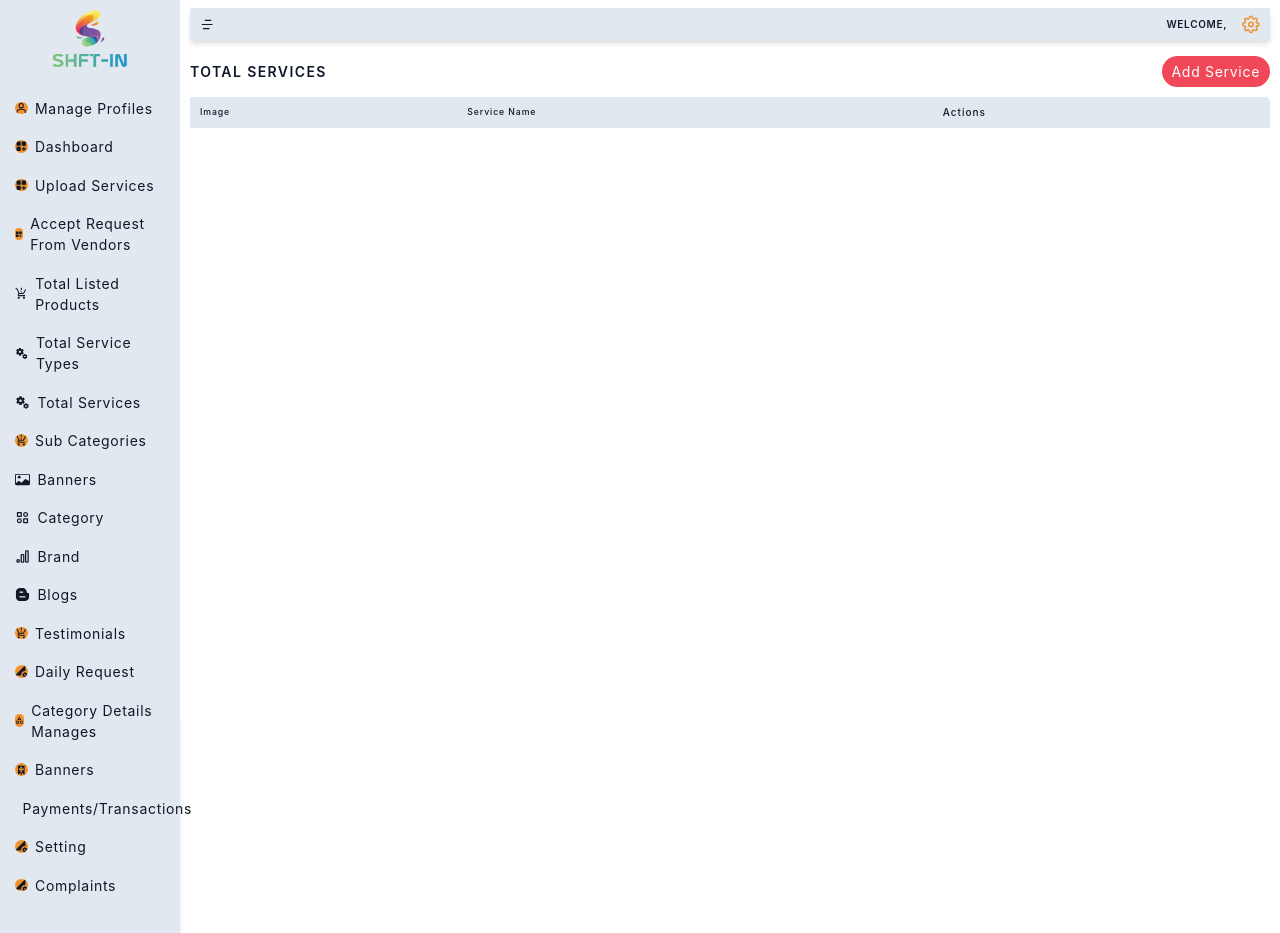
Repository: rohit0915/Mr-Arun-Chauhan-Admin-Panel
Page: /services
The author's editor kept a copy of each file at every save. The page is drawn from the files as they stood at one save, then again after the next save.
The browser window is 1280 px wide. The pictures show the whole page.
The page's requests for data from a server got no answer. The project was rebuilt for these pictures with package versions that can differ from the ones it lists, and the page was loaded fresh each time. No one was signed in, and anything a server would have sent is missing. Also part of the build but not shown: src/components/BaseUrl.jsx, src/components/forms/Login.jsx, src/components/pages/Dashboard.jsx, src/vendorPanel/components/Auth.jsx, src/components/pages/products/Products.jsx, src/components/pages/categories/Categories.jsx, src/components/pages/subcategories/SubCategories.jsx, src/components/pages/manageprofiles/ManageProfiles.jsx and 74 more.

Above is the page before, as saved 2022-11-16 12:59:03.

### public/index.html
<!DOCTYPE html>
<html lang="en">
  <head>
    <meta charset="utf-8" />
    <!-- <link rel="icon" href="%PUBLIC_URL%/favicon.png" /> -->
    <meta name="viewport" content="width=device-width, initial-scale=1" />
    <meta name="theme-color" content="#000000" />
    <meta
      name="description"
      content="Web site created using create-react-app"
    />
    <link rel="apple-touch-icon" href="%PUBLIC_URL%/favicon.ico?v=2" />

    <link rel="manifest" crossorigin="use-credentials" href="%PUBLIC_URL%/manifest.json" />

    <title>Direct Admin</title>
      <link rel="stylesheet" href="https://maxcdn.bootstrapcdn.com/bootstrap/3.4.1/css/bootstrap.min.css">
      <script src="https://ajax.googleapis.com/ajax/libs/jquery/3.6.0/jquery.min.js"></script>
      <script src="https://maxcdn.bootstrapcdn.com/bootstrap/3.4.1/js/bootstrap.min.js"></script>
  </head>
  <body>
    <noscript>You need to enable JavaScript to run this app.</noscript>
    <div id="root"></div>
    <script src="https://code.jquery.com/jquery-3.6.0.min.js"></script>
  </body>
</html>

### src/index.js
import React from "react";
import ReactDOM from "react-dom/client";
import "./index.css";
import App from "./App";
import { BrowserRouter } from "react-router-dom";
import "react-responsive-carousel/lib/styles/carousel.min.css";

const root = ReactDOM.createRoot(document.getElementById("root"));
root.render(
  <React.StrictMode>
    <BrowserRouter>
      <App />
    </BrowserRouter>
  </React.StrictMode>
);

### src/index.css
@tailwind base;
@tailwind components;
@tailwind utilities;

body {
  margin: 0;
  font-family: -apple-system, BlinkMacSystemFont, "Segoe UI", "Roboto", "Oxygen",
    "Ubuntu", "Cantarell", "Fira Sans", "Droid Sans", "Helvetica Neue",
    sans-serif;
  -webkit-font-smoothing: antialiased;
  -moz-osx-font-smoothing: grayscale;
}

code {
  font-family: source-code-pro, Menlo, Monaco, Consolas, "Courier New",
    monospace;
}

/* Wcomponents */
.wcomp::-webkit-scrollbar {
  width: 0px;
}
::-webkit-scrollbar {
  width: 0px;
}


.main-card--container{
  display : grid ;
  grid-template-columns: repeat(3 , minmax(300px , 500px));
  grid-gap: 50px;
  justify-content: space-around;
}
.main-card--container2{
  display : grid ;
  grid-template-columns: repeat(2 , minmax(600px , 800px));
  grid-gap: 50px;
  justify-content: space-around;
}
.card-container{
  margin : 25px 0 auto ;
  position  : relative ;
  display: grid;
  grid-template-columns: 1fr;
  justify-content: space-around;
  align-items:flex-start;
  border: 1px solid black;
  padding: 10px;
  box-shadow: 0 4px 8px 0 rgba(0, 0, 0, 0.2), 0 6px 20px 0 rgba(0, 0, 0, 0.19);
  /* height: 400px; */


}

.BannerImg{
 width: 100%;
 height: 300px;

}

.brandLeft {
  width:  60%;
  /* border-right: 1px solid black; */
}

### src/components/layout/HOC.jsx
/** @format */

import React, { useState } from "react";
import Navbar from "./Navbar";
import Sidebar from "./Sidebar";

const HOC = (Wcomponenet) => {
  return function Component() {
    const [hamb, setHamb] = useState(false);
    return (
      <>
        <section className="flex overflow-x-hidden">
          {/* Sidebar */}
          <div
            className={
              hamb
                ? " absolute top-0 z-30 md:w-auto shadow-md bg-slate-200  w-60 transition-all md:-left-full left duration-150  h-auto  left-0 "
                : " md:w-72 z-30 bg-slate-200  shadow-md  md:static absolute top-0 -left-full  h-auto transition-all duration-150 "
            }
          >
            <Sidebar hamb={hamb} setHamb={setHamb} />
          </div>
          {/* Components & Navbar */}
          <div
            className={
              hamb
                ? " transition-all px-4 py-2  bg-white duration-150 w-full h-screen"
                : " w-full h-screen  px-4 py-2  bg-white z-50 transition-all duration-150 "
            }
          >
            <Navbar hamb={hamb} setHamb={setHamb} />
            <div className="my-6 text-white h-[87%] wcomp overflow-y-auto">
              <Wcomponenet />
            </div>
          </div>
        </section>
      </>
    );
  };
};

export default HOC;

### src/components/layout/Navbar.jsx
import { RiMenu4Line } from "react-icons/ri";
import { BiLogOutCircle } from "react-icons/bi";
import { useNavigate } from "react-router-dom";
import { toast } from "react-toastify";
import { Fragment } from "react";
import { Menu, Transition } from "@headlessui/react";
import { FiSettings } from "react-icons/fi";
import { IoMdClose } from "react-icons/io";
import { useState } from "react";

const Navbar = ({ hamb, setHamb }) => {
  const navigate = useNavigate();
  const [popup, setPopup] = useState(false);

  const func = () => {
    localStorage.removeItem("Shaft");
    navigate("/");
    toast.success("Log-Out ");
  };

  function classNames(...classes) {
    return classes.filter(Boolean).join(" ");
  }

  const adminName = localStorage.getItem("adminName");
  return (
    <>
      <section
        className={
          popup
            ? "fixed top-0 left-0 wcomp bg-[rgb(0,0,0,0.5)] transition-all duration-150 w-full flex justify-center items-center overflow-y-auto  h-screen "
            : "hidden"
        }
      >
        <div className="bg-slate-100 sm:h-[40vh] h-[10vh] overflow-y-auto  lg:w-3/6  md:w-4/6 w-5/6 mx-auto  rounded-lg">
          <div className="flex sticky top-0 py-3 px-5 bg-slate-100 justify-between">
            <span className=" font-semibold text-[rgb(241,146,46)] relative">
              Settings
            </span>
            <div className="text-[rgb(241,146,46)] py-0.5 text-2xl cursor-pointer font-medium tracking-wider">
              <IoMdClose
                onClick={() => {
                  setPopup(false);
                }}
              />{" "}
            </div>
          </div>

          <form
            className="grid  grid-cols-1 gap-x-7 gap-y-4 p-4"
            // onSubmit={addBanner}
          >
            <div className="inline-flex  w-full flex-col">
              <label
                htmlFor="name"
                className="text-gray-800 mb-1.5 tracking-wider font-semibold text-sm"
              >
                Name
              </label>
              <input
                id="name"
                required
                type="text"
                name="name"
                // value={name}
                // onChange={(e) => setName(e.target.value)}
                placeholder=""
                className=" text-gray-800 tracking-wider text-sm rounded-full py-1 px-2 outline-[rgb(241,146,46)]"
              />
            </div>
            <div className="inline-flex  w-full flex-col">
              <label
                htmlFor="name"
                className="text-gray-800 mb-1.5 tracking-wider font-semibold text-sm"
              >
                Password
              </label>
               <input
                id="name"
                required
                type="password"
                name="name"
                placeholder=""
                // onChange={(e) => setImage(e.target.files[0])}
                // onChange={() => {}}
                className=" text-gray-800 tracking-wider text-sm rounded-full py-1 px-2 outline-[rgb(241,146,46)]"
              />
            </div>

            <button
              type="submit"
              value="Add"
              className="bg-[rgb(241,146,46)] cursor-pointer w-40 hover:bg-[rgb(241,146,46)] py-1 rounded-full"
            >
              Add{" "}
            </button>
          </form>
        </div>
      </section>
      <div
        className={
          hamb
            ? "flex  w-full justify-between  my-1 rounded-sm  p-4 py-3 shadow-md items-center  bg-slate-200 space-x-4"
            : "flex  w-full justify-between my-1 rounded-sm  p-4 py-3 shadow-md items-center  bg-slate-200 space-x-4"
        }
      >
        <RiMenu4Line
          onClick={() => setHamb(!hamb)}
          className="text-2xl font-bold text-gray-900 hover:scale-90 cursor-pointer"
        />

        {/* Profile */}
        <section className="flex sm:ml-auto justify-end sm:w-full items-center space-x-2  pr-2">
          <figcaption className="tracking-wider pl-1 font-semibold">
            <div className="lg:text-base text-sm text-gray-900  uppercase">
              Welcome,<strong>{adminName}</strong>
            </div>
          </figcaption>
        </section>

        {/* Logout Btn */}
        <FiSettings
          onClick={() => setPopup(!popup)}
          className="text-2xl sm:text-3xl font-bold text-[rgb(241,146,46)] cursor-pointer"
        />
      </div>
    </>
  );
};

export default Navbar;

### src/components/layout/Sidebar.jsx
import React from "react";
import { RiCloseLine } from "react-icons/ri";
import { MdPermDataSetting } from "react-icons/md";
import { Link } from "react-router-dom";
import { BsCardImage  } from "react-icons/bs";
import { CgTerminal } from "react-icons/cg";
import { MdPrivacyTip, MdOutlineInfo } from "react-icons/md";
import { BiSupport, BiUser, BiRestaurant, BiCategoryAlt } from "react-icons/bi";
import { TbJewishStar } from "react-icons/tb";
import { GiKnightBanner } from "react-icons/gi";
import image from "../../../src/components/Assets/Logo.png";
import { BiLogOutCircle, BiPaperclip, BiMoney } from "react-icons/bi";
import { AiFillProfile } from "react-icons/ai";
import {TbBrandGoogleAnalytics} from 'react-icons/tb'
import {FaBloggerB} from 'react-icons/fa'

import {
  MdDashboardCustomize,
  MdOutlineProductionQuantityLimits,
  MdOutlineCategory,
  MdMiscellaneousServices,
  MdHistory,
} from "react-icons/md";

const Sidebar = ({ hamb, setHamb }) => {
  const nav = [

    {
      icon: (
        <BiUser className="text-xl mr-3 rounded-full bg-[rgb(241,146,46)]" />
      ),
      link: "/manage-profiles ",
      name: "Manage Profiles",
    },
    {
      icon: (
        <MdDashboardCustomize className="text-xl mr-3 rounded-full bg-[rgb(241,146,46)]" />
      ),
      link: "/dashboard",
      name: "Dashboard",
    },
    {
      icon: (
        <MdDashboardCustomize className="text-xl mr-3 rounded-full bg-[rgb(241,146,46)]" />
      ),
      link: "/upload",
      name: "Upload Services",
    },
    {
      icon: (
        <MdDashboardCustomize className="text-xl mr-3 rounded-full bg-[rgb(241,146,46)]" />
      ),
      link: "/accept-request-from-vendors",
      name: "Accept Request From Vendors",
    },

    {
      icon: (
        <MdOutlineProductionQuantityLimits className="text-2xl mr-3 " />
      ),
      link: "/products",
      name: " Total Listed Products",
    },
    {
      icon: (
        <MdMiscellaneousServices  className="text-2xl mr-3 " />
      ),
      link: "/total-services",
      name: " Total Service Types",
    },
    {
      icon: (
        <MdMiscellaneousServices  className="text-2xl mr-3 " />
      ),
      link: "/services",
      name: " Total Services",
    },
    {
      icon: (
        <MdOutlineProductionQuantityLimits className="text-xl mr-3 rounded-full bg-[rgb(241,146,46)]" />
      ),
      link: "/sub-categories",
      name: " Sub Categories",
    },
    {
      icon: (
        <BsCardImage className="text-2xl mr-3  " />
      ),
      link: "/gallary",
      name: "Banners",
    },
    {
      icon: (
        <BiCategoryAlt className="text-2xl mr-3  " />
      ),
      link: "/cat",
      name: "Category",
    },
    {
      icon: (
        <TbBrandGoogleAnalytics className="text-2xl mr-3  " />
      ),
      link: "/brand",
      name: "Brand",
    },
    {
      icon: (
        <FaBloggerB className="text-2xl mr-3  " />
      ),
      link: "/blog",
      name: "Blogs",
    },
    {
      icon: (
        <MdOutlineProductionQuantityLimits className="text-xl mr-3 rounded-full bg-[rgb(241,146,46)]" />
      ),
      link: "/testimonials",
      name: "Testimonials",
    },
    {
      icon: (
        <MdPermDataSetting className="text-xl mr-3 rounded-full bg-[rgb(241,146,46)]" />
      ),
      link: "/daily-request",
      name: "Daily Request",
    },
    {
      icon: (
        <MdOutlineCategory className="text-xl mr-3 rounded-full bg-[rgb(241,146,46)]" />
      ),
      link: "/categories",
      name: "Category Details Manages",
    },
    {
      icon: (
        <GiKnightBanner className="text-xl mr-3 rounded-full bg-[rgb(241,146,46)]" />
      ),
      link: "/banners",
      name: "Banners",
    },
    // {
    //   icon: (
    //     <BsBorderWidth className="text-xl mr-3 rounded-full bg-[rgb(241,146,46)]" />
    //   ),
    //   link: "/orders",
    //   name: "Orders",
    // },
    // {
    //   icon: (
    //     <CgTerminal className="text-xl mr-3 rounded-full bg-[rgb(241,146,46)]" />
    //   ),
    //   link: "/terms",
    //   name: "Terms and Conditions",
    // },

    // {
    //   icon: (
    //     <MdPrivacyTip className="text-xl mr-3 rounded-full bg-[rgb(241,146,46)]" />
    //   ),
    //   link: "/privacyPolicy",
    //   name: "Privacy Policy",
    // },
    // {
    //   icon: (
    //     <BiSupport className="text-xl mr-3 rounded-full bg-[rgb(241,146,46)]" />
    //   ),
    //   link: "/support",
    //   name: "Help and Support ",
    // },
    // {
    //   icon: (
    //     <BiSupport className="text-xl mr-3 rounded-full bg-[rgb(241,146,46)]" />
    //   ),
    //   link: "/vendors",
    //   name: "Vendor manages system ",
    // },
    // {
    //   icon: (
    //     <BiPaperclip className="text-xl mr-3 rounded-full bg-[rgb(241,146,46)]" />
    //   ),
    //   link: "/coupons",
    //   name: "Coupons",
    // },
    // {
    //   icon: (
    //     <BiMoney className="text-xl mr-3 rounded-full bg-[rgb(241,146,46)]" />
    //   ),
    //   link: "/vendors",
    //   name: "Commission List",
    // },
    {
      icon: (
        <BiMoney className="text-xl mr-3 rounded-full bg-[rgb(241,146,46)]" />
      ),
      link: "/payments",
      name: "Payments/Transactions ",
    },
    {
      icon: (
        <MdPermDataSetting className="text-xl mr-3 rounded-full bg-[rgb(241,146,46)]" />
      ),
      link: "/setting",
      name: "Setting",
    },
    {
      icon: (
        <MdPermDataSetting className="text-xl mr-3 rounded-full bg-[rgb(241,146,46)]" />
      ),
      link: "/complaints",
      name: "Complaints",
    },
    // {
    //   icon: (
    //     <MdOutlineInfo className="text-xl mr-3 rounded-full bg-[rgb(241,146,46)]" />
    //   ),
    //   link: "/about-us",
    //   name: "About Us",
    // },
    // {
    //   icon: (
    //     <BiLogOutCircle className="text-xl mr-3 rounded-full bg-[rgb(241,146,46)]" />
    //   ),
    //   link: "/",
    //   name: "Logout",
    // },
  ];
  return (
    <>
      <aside className="p-4">
        {/* Top */}
        <div className="w-full md:hidden relative  p-2 mb-4">
          <RiCloseLine
            onClick={() => setHamb(!hamb)}
            className="text-3xl  absolute top-2 sm:hover:rotate-[228deg] transition-transform font-bold right-2 sm:hover:text-[22px] text-[rgb(241,146,46)] cursor-pointer"
          />
        </div>
        {/* Logo */}
        <figure className="flex  flex-col items-center">
          <span className="font-bold text-[rgb(241,146,46)]">
            <img src={image} className="h-24" />
          </span>
        </figure>
        {/* Nav-menu */}
        <nav className="py-6">
          {nav.map((nav) => {
            return (
              <Link to={nav.link} key={nav.name} className="">
                <span className="flex my-3 items-center cursor-pointer text-gray-900    tracking-wider p-2 rounded-sm">
                  {nav.icon} {nav.name}
                </span>
              </Link>
            );
          })}
        </nav>
      </aside>
    </>
  );
};

export default Sidebar;

Loaded but not shown: tailwind.config.js (common file); src/App.js (210 lines, source omitted); src/components/pages/Services/Service.js (289 lines, source omitted)

After the next save:
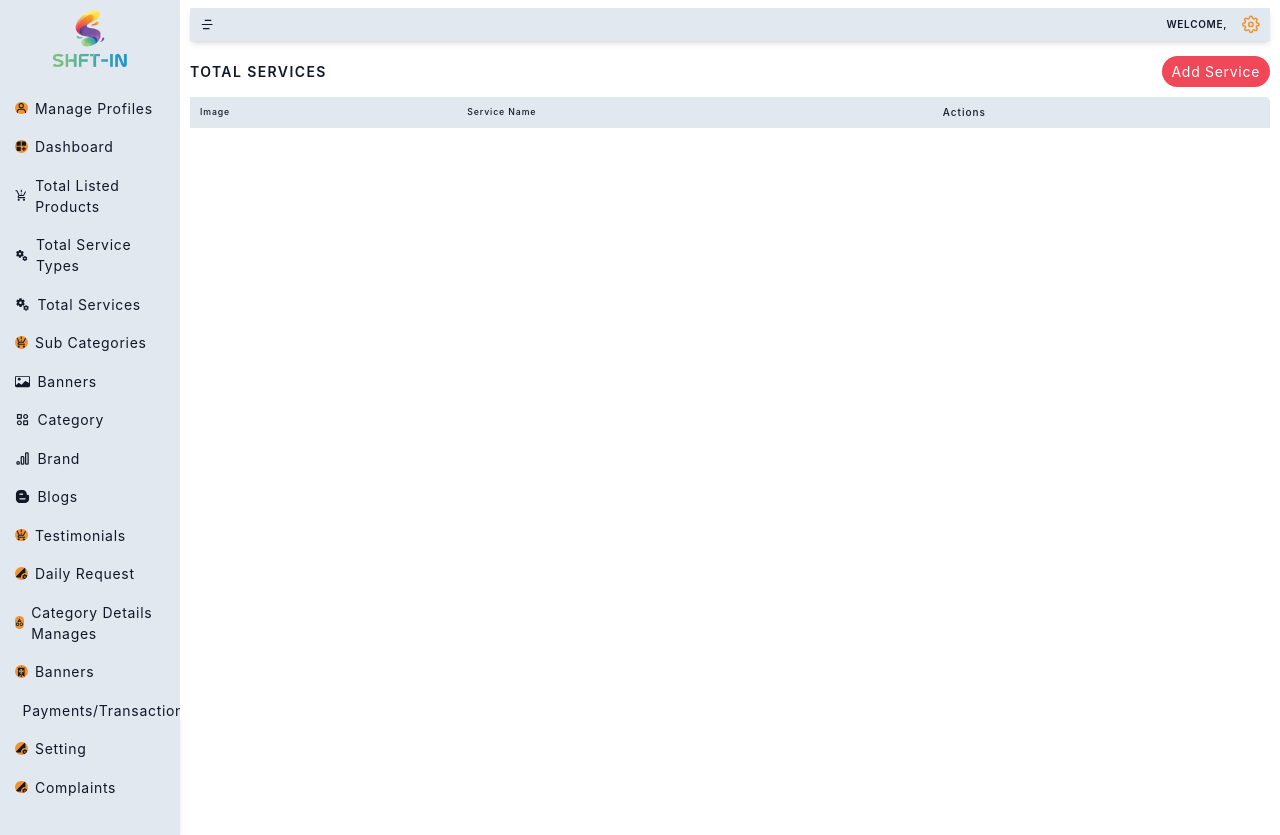
Saved 2 min 57 s later.
--- a/src/components/layout/Sidebar.jsx
+++ b/src/components/layout/Sidebar.jsx
@@ -39,20 +39,20 @@ const Sidebar = ({ hamb, setHamb }) => {
       link: "/dashboard",
       name: "Dashboard",
     },
-    {
-      icon: (
-        <MdDashboardCustomize className="text-xl mr-3 rounded-full bg-[rgb(241,146,46)]" />
-      ),
-      link: "/upload",
-      name: "Upload Services",
-    },
-    {
-      icon: (
-        <MdDashboardCustomize className="text-xl mr-3 rounded-full bg-[rgb(241,146,46)]" />
-      ),
-      link: "/accept-request-from-vendors",
-      name: "Accept Request From Vendors",
-    },
+    // {
+    //   icon: (
+    //     <MdDashboardCustomize className="text-xl mr-3 rounded-full bg-[rgb(241,146,46)]" />
+    //   ),
+    //   link: "/upload",
+    //   name: "Upload Services",
+    // },
+    // {
+    //   icon: (
+    //     <MdDashboardCustomize className="text-xl mr-3 rounded-full bg-[rgb(241,146,46)]" />
+    //   ),
+    //   link: "/accept-request-from-vendors",
+    //   name: "Accept Request From Vendors",
+    // },
 
     {
       icon: (
